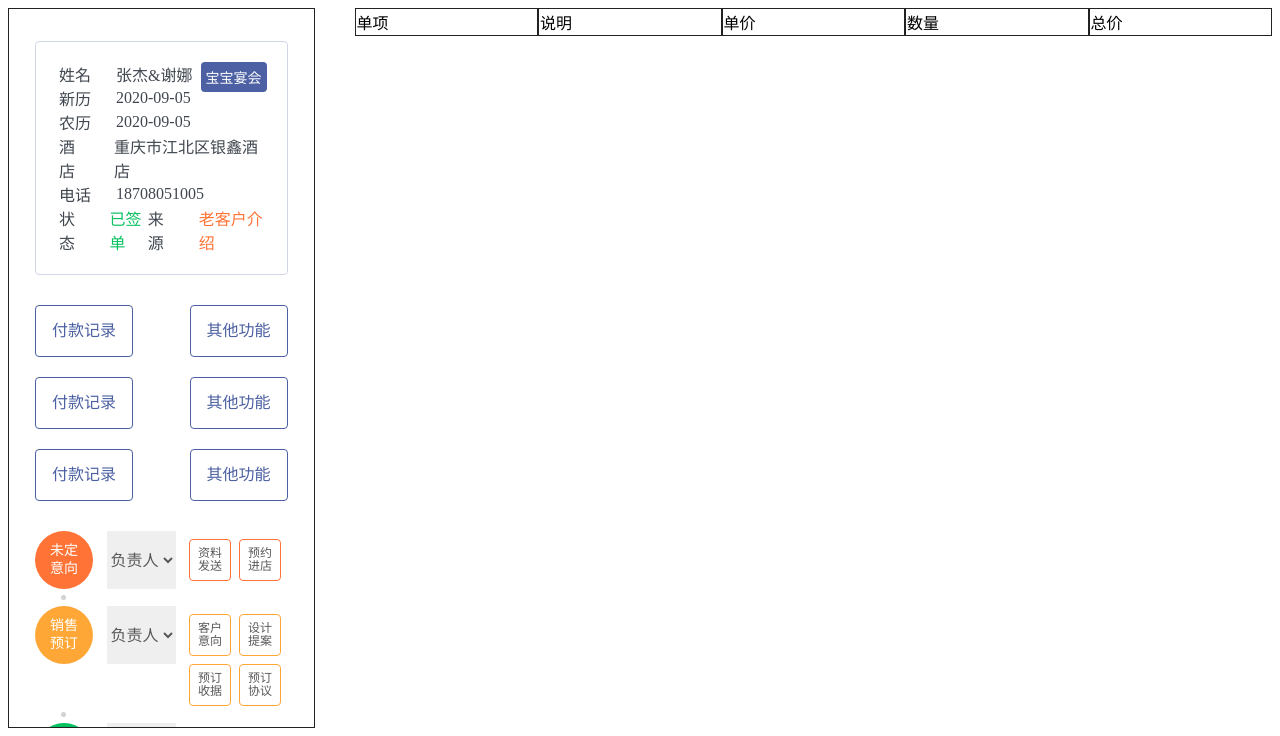
Repository: Lairuola/wedding-1
Page: index.html
The author's editor kept a copy of each file at every save. The page is drawn from the files as they stood at one save, then again after a run of saves.
The browser window is 1280 px wide. The pictures show the whole page.

Above is the page before, as saved 2020-12-24 15:34:32.

### index.html
<!--
 * @Author       : 濑若拉
 * @Date         : 2020-12-17 10:22:14
 * @LastEditors  : 濑若拉
 * @LastEditTime : 2020-12-24 15:34:32
 * @FilePath     : /slidebar/index.html
-->


<!DOCTYPE html>
<html lang="en">

<head>
  <meta charset="UTF-8">
  <meta name="viewport" content="width=device-width, initial-scale=1.0">
  <title>Document</title>
  <style>
    .slide-left {
      width: 402px;
      height: 100vh;
      box-sizing: border-box;
      padding: 32px 26px;
      overflow-y: auto;
      display: flex;
      flex-direction: column;
      align-items: center;
      border: 1px solid #222;
    }

    .info {
      width: 100%;
      height: 328px;
      display: flex;
      flex-direction: column;
      justify-content: space-between;
      padding: 20px 23px;
      position: relative;
      box-sizing: border-box;
      border-radius: 4px;
      border: solid 1px #d1d6e7;
    }

    .info .row {
      width: 100%;
      display: flex;
      font-size: 16px;
      color: #414750;
      flex-direction: row;
      align-items: center;
    }

    .info .row .label,
    .info .end-row .item .label {
      margin-right: 25px;
    }

    .info .end-row {
      width: 100%;
      display: flex;
      flex-direction: row;
      align-items: center;
      justify-content: space-between;
      font-size: 16px;
      color: #414750;
    }

    .info .end-row .item {
      display: flex;
      flex-direction: row;
      align-items: center;
      font-size: 16px;
      color: #414750;
    }

    .info .info-tag {
      padding: 5px;
      background-color: #4c60a3;
      border-radius: 4px;
      font-size: 14px;
      color: #fff;
      position: absolute;
      top: 20px;
      right: 20px;
    }

    .btn-area {
      width: 100%;
      display: flex;
      flex-direction: row;
      align-items: center;
      justify-content: space-between;
      flex-wrap: wrap;
      margin-top: 10px;
      margin-bottom: 30px;
    }

    .btn-area .btn {
      width: 96px;
      height: 50px;
      background-color: #ffffff;
      border-radius: 4px;
      border: solid 1px #4c60a3;
      font-size: 16px;
      color: #4c60a3;
      text-align: center;
      line-height: 50px;
      margin-top: 20px;
    }

    .bot-area {
      width: 100%;
      display: flex;
      flex-direction: column;
    }

    .bot-area .item {
      width: 100%;
      display: flex;
      flex-direction: row;
      position: relative;
      padding-bottom: 17px;
    }

    .bot-area .item .circle {
      width: 58px;
      height: 58px;
      color: #fff;
      border-radius: 100%;
      display: flex;
      align-items: center;
      justify-content: center;
    }

    .bot-area .item .circle .text {
      width: 28px;
      height: 36px;
      font-size: 14px;
      line-height: 18px;
    }

    .bot-area .item .select-wrap {
      width: 96px;
      text-align: center;
    }

    .bot-area .item .select-wrap .bot-select {
      border: none;
      outline: none;
      color: #595959;
      font-size: 16px;
      height: 58px;
    }

    .bot-area .item .btn-row {
      flex: 1;
      display: flex;
      flex-direction: row;
      flex-wrap: wrap;
      margin-right: -8px;
    }

    .bot-area .item .btn-row .btn {
      width: 40px;
      height: 40px;
      border-radius: 4px;
      margin-right: 8px;
      border: 1px solid;
      display: flex;
      align-items: center;
      justify-content: center;
      margin-top: 8px;
      color: #595959;
    }

    .bot-area .item .btn-row .btn .word {
      width: 24px;
      height: 26px;
      font-size: 12px;
      line-height: 13px;
      letter-spacing: 0px;
    }

    .bot-area .item .dot {
      width: 5px;
      height: 5px;
      background-color: #d2d2d2;
      border-radius: 100%;
      position: absolute;
      bottom: 6px;
      left: 26px;
    }

    .bot-area .item .btn-row .btn.orange {
      border-color: #ff7336;
    }

    .bot-area .item .btn-row .btn.orange:hover {
      background-color: #ff7336;
      color: #fff;
    }

    .bot-area .item .btn-row .btn.yellow {
      border-color: #ffa736;
    }

    .bot-area .item .btn-row .btn.yellow:hover {
      background-color: #ffa736;
      color: #fff;
    }

    .bot-area .item .btn-row .btn.green {
      border-color: #07c160;
    }

    .bot-area .item .btn-row .btn.green:hover {
      background-color: #07c160;
      color: #fff;
    }

    .bot-area .item .btn-row .btn.aqua {
      border-color: #0bc8cb;
    }

    .bot-area .item .btn-row .btn.aqua:hover {
      background-color: #0bc8cb;
      color: #fff;
    }

    .bot-area .item .btn-row .btn.blue {
      border-color: #3d9bfb;
    }

    .bot-area .item .btn-row .btn.blue:hover {
      background-color: #3d9bfb;
      color: #fff;
    }

    .bot-area .item .btn-row .btn.cornflowerblue {
      border-color: #4c60a3;
    }

    .bot-area .item .btn-row .btn.cornflowerblue:hover {
      background-color: #4c60a3;
      color: #fff;
    }

    .color-green {
      color: #07c160
    }

    .color-orange {
      color: #ff7336;
    }

    .bg-color-red {
      background-color: #ff7336;
    }

    .bg-color-yellow {
      background-color: #ffa736;
    }

    .bg-color-green {
      background-color: #07c160;
    }

    .bg-color-aqua {
      background-color: #0bc8cb;
    }

    .bg-color-blue {
      background-color: #3d9bfb;
    }

    .bg-color-cornflowerblue {
      background-color: #4c60a3;
    }
  </style>
  <style>
    .my-table {
      width: 100%;
      height: 80vh;
      display: flex;
      flex-direction: column;
      margin-left: 40px;
      /* border: 1px solid #222; */
      /* border: 1px solid #eff1f7; */
      border-collapse: collapse;
    }

    .my-table .rows {
      width: 100%;
      display: flex;
      flex-direction: row;
      align-items: center;
      /* border: 1px solid #eff1f7; */
    }

    .my-table .rows .item {
      flex: 1;
      border: 1px solid #222;
    }
  </style>
</head>

<body style="display: flex;flex-direction: row;">
  <div class="slide-left">
    <!-- 资料 -->
    <div class="info">
      <div class="row">
        <div class="label">姓名</div>
        <div class="content">张杰&谢娜</div>
      </div>
      <div class="row">
        <div class="label">新历</div>
        <div class="content">2020-09-05</div>
      </div>
      <div class="row">
        <div class="label">农历</div>
        <div class="content">2020-09-05</div>
      </div>
      <div class="row">
        <div class="label">酒店</div>
        <div class="content">重庆市江北区银鑫酒店</div>
      </div>
      <div class="row">
        <div class="label">电话</div>
        <div class="content">18708051005</div>
      </div>
      <div class="end-row">
        <div class="item">
          <div class="label">状态</div>
          <div class="content color-green">已签单</div>
        </div>
        <div class="item">
          <div class="label">来源</div>
          <div class="content color-orange">老客户介绍</div>
        </div>
      </div>
      <!-- tag -->
      <div class="info-tag">宝宝宴会</div>
    </div>
    <!-- btn-area -->
    <div class="btn-area">
      <div class="btn">付款记录</div>
      <div class="btn">其他功能</div>
      <div class="btn">付款记录</div>
      <div class="btn">其他功能</div>
      <div class="btn">付款记录</div>
      <div class="btn">其他功能</div>
    </div>
    <!-- bot-area -->
    <div class="bot-area">
      <div class="item">
        <div class="circle bg-color-red">
          <div class="text">未定意向</div>
        </div>
        <div class="select-wrap">
          <select class='bot-select' name="" id="">
            <option value="">负责人</option>
          </select>
        </div>
        <div class="btn-row">
          <div class="btn orange">
            <div class="word">资料发送</div>
          </div>
          <div class="btn orange">
            <div class="word">预约进店</div>
          </div>
        </div>
        <div class="dot"></div>
      </div>
      <div class="item">
        <div class="circle bg-color-yellow">
          <div class="text">销售预订</div>
        </div>
        <div class="select-wrap">
          <select class='bot-select' name="" id="">
            <option value="">负责人</option>
          </select>
        </div>
        <div class="btn-row">
          <div class="btn yellow">
            <div class="word">客户意向</div>
          </div>
          <div class="btn yellow">
            <div class="word">设计提案</div>
          </div>
          <div class="btn yellow">
            <div class="word">预订收据</div>
          </div>
          <div class="btn yellow">
            <div class="word">预订协议</div>
          </div>
        </div>
        <div class="dot"></div>
      </div>
      <div class="item">
        <div class="circle bg-color-green">
          <div class="text">设计策划</div>
        </div>
        <div class="select-wrap">
          <select class='bot-select' name="" id="">
            <option value="">负责人</option>
          </select>
        </div>
        <div class="btn-row">
          <div class="btn green">
            <div class="word">策划设计</div>
          </div>
          <div class="btn green">
            <div class="word">价格明细</div>
          </div>
          <div class="btn green">
            <div class="word">正式合同</div>
          </div>
          <div class="btn green">
            <div class="word">搭建清单</div>
          </div>
        </div>
        <div class="dot"></div>
      </div>
      <div class="item">
        <div class="circle bg-color-aqua">
          <div class="text">服务统筹</div>
        </div>
        <div class="select-wrap">
          <select class='bot-select' name="" id="">
            <option value="">负责人</option>
          </select>
        </div>
        <div class="btn-row">
          <div class="btn aqua">
            <div class="word">统筹服务</div>
          </div>
        </div>
        <div class="dot"></div>
      </div>
      <div class="item">
        <div class="circle bg-color-blue">
          <div class="text">执行搭建</div>
        </div>
        <div class="select-wrap">
          <select class='bot-select' name="" id="">
            <option value="">负责人</option>
          </select>
        </div>
        <div class="btn-row">
          <div class="btn blue">
            <div class="word">搭建确认</div>
          </div>
          <div class="btn blue">
            <div class="word">执行完成</div>
          </div>
        </div>
        <div class="dot"></div>
      </div>
      <div class="item">
        <div class="circle bg-color-cornflowerblue">
          <div class="text">成本结算</div>
        </div>
        <div class="select-wrap">
          <select class='bot-select' name="" id="">
            <option value="">负责人</option>
          </select>
        </div>
        <div class="btn-row">
          <div class="btn cornflowerblue">
            <div class="word">成本核算</div>
          </div>
        </div>
      </div>
    </div>
  </div>
  <table class="my-table">
    <tr class="rows">
      <td class="item">单项</td>
      <td class="item">说明</td>
      <td class="item">单价</td>
      <td class="item">数量</td>
      <td class="item">总价</td>
    </tr>
  </table>
</body>

</html>

After the next 2 saves:
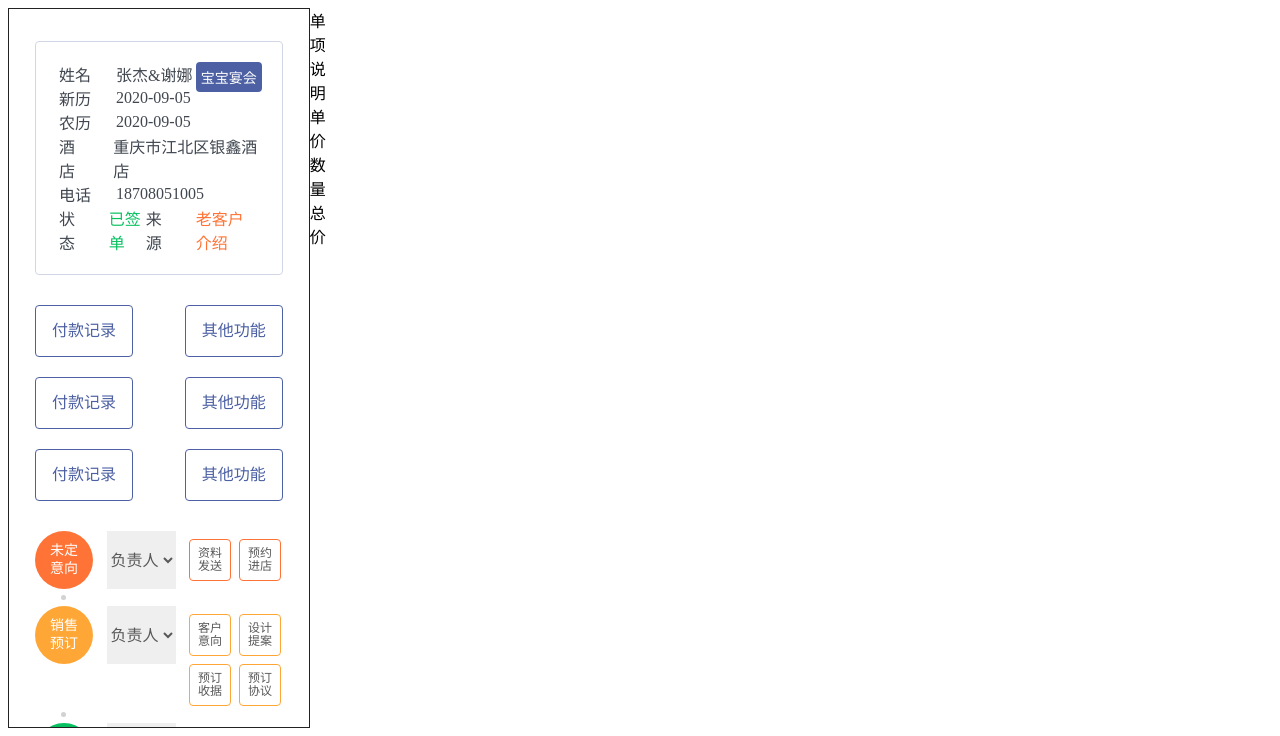
The 2 saves are shown as one change because they came seconds apart.
The last was saved 26 s later.
--- a/index.html
+++ b/index.html
@@ -2,7 +2,7 @@
  * @Author       : 濑若拉
  * @Date         : 2020-12-17 10:22:14
  * @LastEditors  : 濑若拉
- * @LastEditTime : 2020-12-24 15:34:32
+ * @LastEditTime : 2020-12-24 15:34:56
  * @FilePath     : /slidebar/index.html
 -->
 
@@ -285,7 +285,7 @@
       margin-left: 40px;
       /* border: 1px solid #222; */
       /* border: 1px solid #eff1f7; */
-      border-collapse: collapse;
+      /* border-collapse: collapse; */
     }
 
     .my-table .rows {
@@ -473,13 +473,13 @@
     </div>
   </div>
   <table class="my-table">
-    <tr class="rows">
-      <td class="item">单项</td>
-      <td class="item">说明</td>
-      <td class="item">单价</td>
-      <td class="item">数量</td>
-      <td class="item">总价</td>
-    </tr>
+    <div class="rows">
+      <div class="item">单项</div>
+      <div class="item">说明</div>
+      <div class="item">单价</div>
+      <div class="item">数量</div>
+      <div class="item">总价</div>
+    </div>
   </table>
 </body>
 
